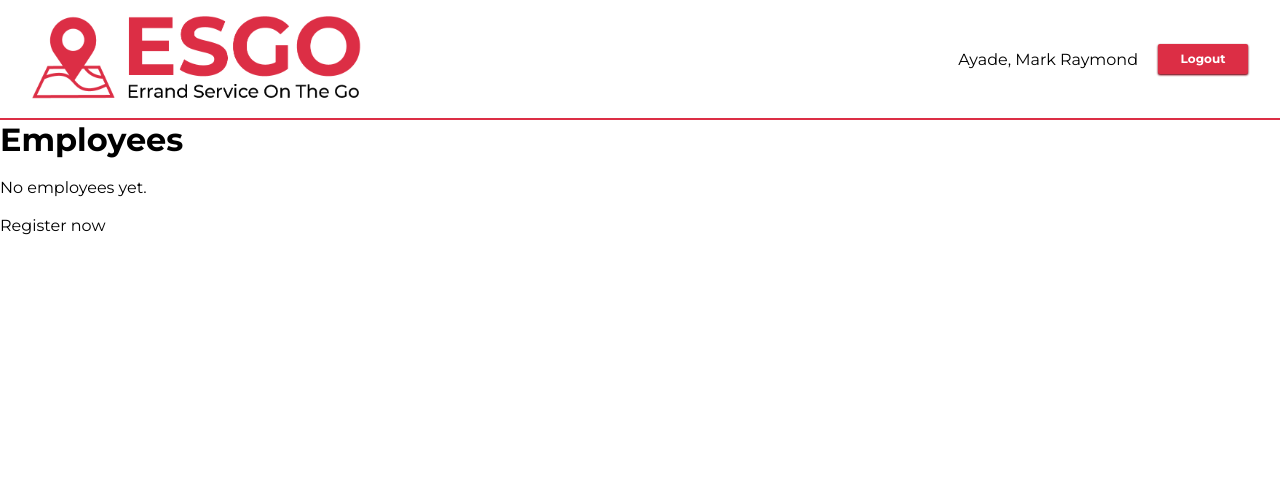
Repository: azkalonz/Int-Prog-2
Page: http://localhost/Int_Prog_2/employee?page=view
The author's editor kept a copy of each file at every save. The page is drawn from the files as they stood at one save, then again after the next save.
The browser window is 1280 px wide. The pictures show the whole page.
The page is served by Tomcat 9. Other server files are loaded and not shown. Queries for data that is not in the repository find no rows.

Above is the page before, as saved 2021-03-30 06:04:00.

### Int Prog 2/WebContent/WEB-INF/views/employees.jsp
<%@taglib prefix="c" uri="http://java.sun.com/jsp/jstl/core"%>

<jsp:include page="/WEB-INF/layout/header.jsp" />

<div class="tableCon">
            <h1>Employees</h1>
            <br>
            <c:if test="${empty employees}">
			    No employees yet.<br/><br/> <a class="button-link" href="<%=request.getContextPath() %>/register">Register now</a>
			</c:if>

			<c:if test="${not empty employees}">
	            <table id="theTable">
	                <thead>
	                    <tr>
	                        <th>User ID</th>
	                        <th>Name</th>
	                        <th>Email</th>
	                        <th>Username</th>
	                        <th>Action</th>
	                    </tr>
	                </thead>
	                <tbody>
	                    <c:forEach items="${employees}" var="employee">
						    <tr>
						        <td>${employee.employeeID}</td>
						        <td>${employee.firstname} ${employee.lastname}</td>
						        <td>${employee.email}</td>
						        <td>${employee.username}</td>
						        <td>
						        	<a class="button-link" href="?id=${employee.employeeID}">
						        		View
						        	</a>
						        	<a class="button-link" href="<%=request.getContextPath() %>/delete?id=${employee.employeeID}">
						        		Delete
						        	</a>
						        </td>
						    </tr>
						</c:forEach>
	                </tbody>
	            </table>
            </c:if>
        </div>

<jsp:include page="/WEB-INF/layout/footer.jsp" />

### Int Prog 2/WebContent/WEB-INF/layout/header.jsp
<%@ page language="java" contentType="text/html; charset=ISO-8859-1"
	pageEncoding="ISO-8859-1"%>
<!DOCTYPE html>
<html>
<head>
<meta charset="ISO-8859-1">
<title>Employee</title>
<link rel="stylesheet" href="<%=request.getContextPath()%>/css/style.css"/>
</head>
<body>
	<header>
	        <div class="container">
	            <div class="logo-con">
	                <img src="<%=request.getContextPath()%>/assets/logo/horizontal.png">
	            </div>
	            <div class="account-con">
	                <span>Ayade, Mark Raymond</span>
	                <a href="./login.html">
	                    <div class="button">Logout</div>
	                </a>
	            </div>
	        </div>
	    </header>

### Int Prog 2/src/com/intprog/controller/EmployeeServlet.java
package com.intprog.controller;

import java.io.IOException;
import java.util.ArrayList;

import javax.servlet.ServletException;
import javax.servlet.annotation.WebServlet;
import javax.servlet.http.HttpServlet;
import javax.servlet.http.HttpServletRequest;
import javax.servlet.http.HttpServletResponse;

import com.intprog.dao.EmployeeDAO;
import com.intprog.model.Employee;

/**
 * Servlet implementation class EmployeeServlet
 */
@WebServlet("/employee")
public class EmployeeServlet extends HttpServlet {
	private static final long serialVersionUID = 1L;
	EmployeeDAO employeeDAO = new EmployeeDAO();

    /**
     * @see HttpServlet#HttpServlet()
     */
    public EmployeeServlet() {
        super();
        // TODO Auto-generated constructor stub
    }

	/**
	 * @see HttpServlet#doGet(HttpServletRequest request, HttpServletResponse response)
	 */
	protected void doGet(HttpServletRequest request, HttpServletResponse response) throws ServletException, IOException  {
		// TODO Auto-generated method stub
		String id = request.getParameter("id");
		ArrayList<Employee> employees = new ArrayList<Employee>();
		Employee emp = new Employee();
		try {
			emp = employeeDAO.selectEmployee(Integer.parseInt(id));
			if(emp.employeeID>0) {
				getServletContext().setAttribute("employee", emp);
				getServletContext().getRequestDispatcher("/WEB-INF/views/employee.jsp").forward(request, response);
			} else {
				response.sendRedirect(request.getContextPath()+"/employee");
			}
		} catch(Exception e) {

		}
		try {
			employees = employeeDAO.allEmployee();
			getServletContext().setAttribute("employees", employees);
			getServletContext().getRequestDispatcher("/WEB-INF/views/employees.jsp").forward(request, response);
		}catch(Exception e) {
		}
	}

	/**
	 * @see HttpServlet#doPost(HttpServletRequest request, HttpServletResponse response)
	 */
	protected void doPost(HttpServletRequest request, HttpServletResponse response) throws ServletException, IOException {
		// TODO Auto-generated method stub
		doGet(request, response);
	}

}

### Int Prog 2/src/com/intprog/model/Employee.java
package com.intprog.model;

public class Employee {
	private String firstname,lastname,email,username,password,mi;
	public int employeeID;

	public int getEmployeeID() {
		return employeeID;
	}

	public void setEmployeeID(int employeeID) {
		this.employeeID = employeeID;
	}

	public String getFirstname() {
		return firstname;
	}

	public void setFirstname(String firstname) {
		this.firstname = firstname;
	}

	public String getLastname() {
		return lastname;
	}

	public void setLastname(String lastname) {
		this.lastname = lastname;
	}

	public String getEmail() {
		return email;
	}

	public void setEmail(String email) {
		this.email = email;
	}

	public String getUsername() {
		return username;
	}

	public void setUsername(String username) {
		this.username = username;
	}

	public String getPassword() {
		return password;
	}

	public void setPassword(String password) {
		this.password = password;
	}

	public String getMi() {
		return mi;
	}

	public void setMi(String mi) {
		this.mi = mi;
	}



}

### Int Prog 2/WebContent/css/style.css
@import url("https://fonts.googleapis.com/css2?family=Montserrat:ital,wght@0,100;0,200;0,300;0,400;0,500;0,600;0,700;1,100;1,200;1,300;1,400;1,500;1,600&display=swap");

* {
  margin: 0;
  padding: 0;
  box-sizing: border-box;
}

a:link {
	text-decoration: none;
	color: #000;
}

body {
  font-family: "Montserrat";
  font-size: 100%;
}

header {
  display: flex;
  justify-content: center;
  width: 100%;
  height: 120px;
  position: relative;
  border-bottom: 2px solid rgb(220, 46, 69);
}

header .container {
  display: flex;
  justify-content: space-between;
  width: 95%;
  max-width: 1300px;
}

header .container .logo-con {
  padding-top: 5px;
}

header .container .logo-con img {
  height: 100px;
}

header .container .account-con {
  display: flex;
  align-items: center;
}

header .account-con .button {
  width: 90px;
  height: 30px;
  margin-left: 20px;
  border: none;
  background: rgb(220, 46, 69);
  box-shadow: 0 1px 2px 0 rgba(122, 7, 22, 0.783),
    0 1px 2px 0 rgba(122, 7, 22, 0.783);
  cursor: pointer;
  color: white;
  font-family: "Montserrat";
  font-weight: bold;
  font-size: 12px;
  border-radius: 2px;
  line-height: 30px;
  text-align: center;
}

header .account-con .button:hover {
  background: rgb(187, 32, 53);
}

.login-container {
  background: rgb(220, 46, 69);
  display: flex;
  align-items: center;
  justify-content: center;
  height: 100vh;
  font-family: "Montserrat";
  color: rgb(22, 22, 22);
}

.login-container > .container {
  position: relative;
  background: white;
  width: 85%;
  max-width: 1024px;
  border-radius: 10px;
  display: flex;
  box-shadow: 0 2px 4px 0 rgb(80, 12, 21), 0 6px 10px 0 rgb(80, 12, 21);
  padding: 60px 5px;
}

.login-container > .container .logo-container {
  display: flex;
  justify-content: center;
  align-items: center;
  flex-direction: column;
  flex: 3;
}

.logo-container img {
  width: 200px;
  padding-bottom: 35px;
}

.logo-container span {
  color: rgb(220, 46, 69);
  font-weight: bold;
  font-size: 40px;
}

.container .form-container {
  display: flex;
  justify-content: center;
  align-items: center;
  height: 100%;
  flex: 2;
}

.form-container h1 {
  margin-bottom: 20px;
}

.form-container .input-con {
  margin-bottom: 20px;
}

.form-container .input-con input {
  height: 45px;
  width: 300px;
  font-family: "Montserrat";
  padding: 5px 10px;
  border-radius: 5px;
  border: 1px solid rgb(233, 129, 143);
}

.form-container button {
  width: 150px;
  height: 50px;
  background: rgb(220, 46, 69);
  border: none;
  color: white;
  font-size: 16px;
  cursor: pointer;
  border-radius: 4px;
  box-shadow: 0 1px 2px 0 rgba(122, 7, 22, 0.783),
    0 1px 2px 0 rgba(122, 7, 22, 0.783);
  margin-top: 10px;
  font-weight: bold;
  font-family: "Montserrat";
}

.form-container button:hover {
  background: rgb(187, 32, 53);
}

main {
  width: 100%;
  display: flex;
  justify-content: center;
  padding-top: 30px;
}

main .container {
  width: 95%;
  max-width: 1300px;
  display: flex;
  justify-content: center;
}

main .container .nav {
  flex: 2;
  margin-right: 10px;
}

main .container .nav .links {
  padding-left: 40px;
  height: 60px;
  line-height: 60px;
  font-weight: bold;
  border: 1px solid white;
}

.active {
  background: rgb(220, 46, 69);
  color: white;
}

main .container .nav .links:hover {
  background: rgb(220, 46, 69);
  color: white;
  transition: 0.4s;
}

main .container .content {
  flex: 8;
  display: flex;
  justify-content: center;
}

main .container .content .infos {
  display: flex;
  flex-direction: column;
  padding-bottom: 15px;
}

main .container .content .infos span {
  padding-bottom: 5px;
  font-weight: bold;
}

main .container .content .infos input {
  width: 600px;
  height: 40px;
  border-radius: 2px;
  border: 1px solid rgb(233, 129, 143);
  padding: 0 10px;
}

main .container .content .button {
  width: 400px;
  height: 70px;
  background: rgb(220, 46, 69);
  border: none;
  margin-top: 30px;
  color: white;
  font-weight: bold;
  font-size: 15px;
  cursor: pointer;
  border-radius: 3px;
}

main .container .content .button:hover {
  background: rgb(187, 32, 53);
}

main .container .content .infos {
  display: flex;
  flex-direction: column;
  padding-bottom: 15px;
}

main .container .content .infos span {
  padding-bottom: 5px;
  font-weight: bold;
}

main .container .content .infos input {
  width: 600px;
  height: 40px;
  border-radius: 2px;
  border: 1px solid rgb(233, 129, 143);
  padding: 0 10px;
}

main .container .content .button {
  width: 400px;
  height: 70px;
  background: rgb(220, 46, 69);
  border: none;
  margin-top: 30px;
  color: white;
  font-weight: bold;
  font-size: 15px;
  cursor: pointer;
  border-radius: 3px;
}

main .container .content .button:hover {
  background: rgb(187, 32, 53);
}

main .container .content {
  max-height: 800px;
  overflow-y: scroll;
}

main .container .content table {
  width: 100%;
  margin: 0 15px;
  text-align: center;
  border-spacing: 0;
}

main .container .content table thead {
  background: rgb(220, 46, 69);
}

main .container .content table thead th {
  height: 60px;
  column-gap: 0;
  color: white;
}

main .container .content table tbody tr {
  height: 50px;
  background: rgba(247, 244, 244, 0.375);
}

main .container .content table tbody tr td:last-child {
  display: flex;
  justify-content: center;
  padding: 10px 0;
}

main .container .content table tbody .button-action {
  width: 80px;
  height: 30px;
  text-align: center;
  line-height: 30px;
  margin: 0 5px;
  font-size: 12px;
  color: white;
  border-radius: 3px;
  cursor: pointer;
}

.orange {
  background: coral;
  box-shadow: 0px 0px 2px -1px rgba(230, 63, 2, 0.443);
}

.red {
  background: crimson;
  box-shadow: 0px 0px 2px -1px rgba(199, 2, 41, 0.653);
}

.orange:hover {
  background: rgb(248, 95, 39);
}

.red:hover {
  background: rgb(194, 4, 42);
}

Loaded but not shown: Int Prog 2/WebContent/WEB-INF/layout/footer.jsp (common file)

After the next save:
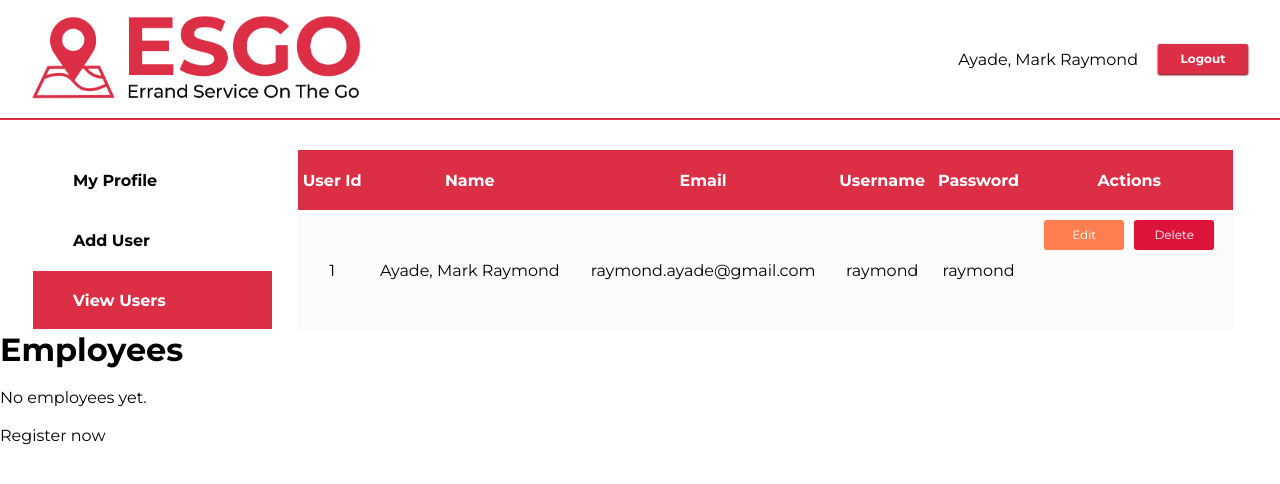
Saved 26 s later.
--- a/Int Prog 2/WebContent/WEB-INF/views/employees.jsp
+++ b/Int Prog 2/WebContent/WEB-INF/views/employees.jsp
@@ -1,7 +1,47 @@
 <%@taglib prefix="c" uri="http://java.sun.com/jsp/jstl/core"%>
 
 <jsp:include page="/WEB-INF/layout/header.jsp" />
+<main>
+        <div class="container">
+            <div class="nav">
+                <a href="./home.html">
+                    <div class="links">My Profile</div>
+                </a>
+                <a href="./user.html">
+                    <div class="links">Add User</div>
+                </a>
+                <a href="./users.html">
+                    <div class="links active">View Users</div>
+                </a>
+            </div>
 
+            <div class="content">
+                <table>
+                    <thead>
+                        <th>User Id</th>
+                        <th>Name</th>
+                        <th>Email</th>
+                        <th>Username</th>
+                        <th>Password</th>
+                        <th>Actions</th>
+                    </thead>
+                    <tbody>
+                        <tr>
+                            <td>1</td>
+                            <td>Ayade, Mark Raymond</td>
+                            <td>raymond.ayade@gmail.com</td>
+                            <td>raymond</td>
+                            <td>raymond</td>
+                            <td>
+                                <a href="edit.html"><div class="button-action orange">Edit</div></a>
+                                <a><div class="button-action red">Delete</div></a>
+                            </td>
+                        </tr>
+                    </tbody>
+                </table>
+            </div>
+        </div>
+    </main>
 <div class="tableCon">
             <h1>Employees</h1>
             <br>
